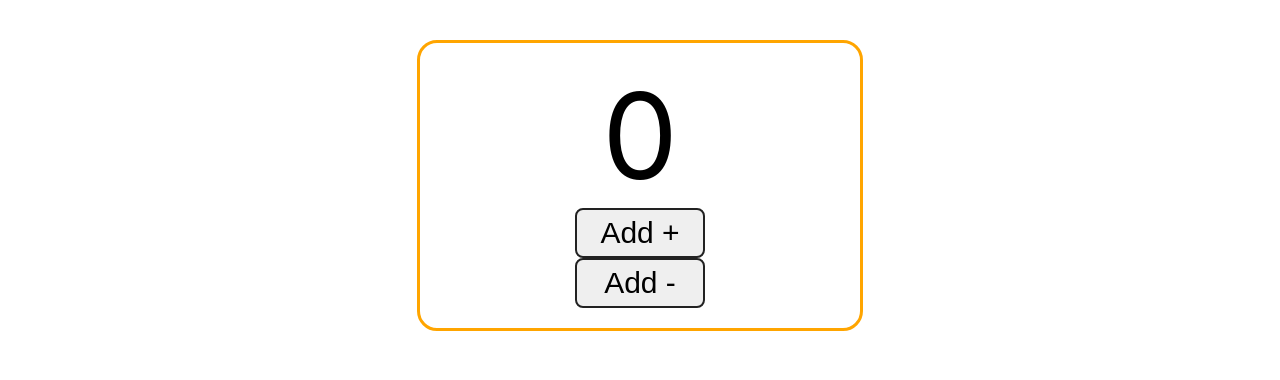
Repository: dnjfht/css-example
Page: /
The author's editor kept a copy of each file at every save. The page is drawn from the files as they stood at one save, then again after a run of saves.
The browser window is 1280 px wide. The pictures show the whole page.
The project was rebuilt for these pictures with package versions that can differ from the ones it lists, and the page was loaded fresh each time.

Above is the page before, as saved 2023-05-09 18:48:58.

After the next 3 saves:
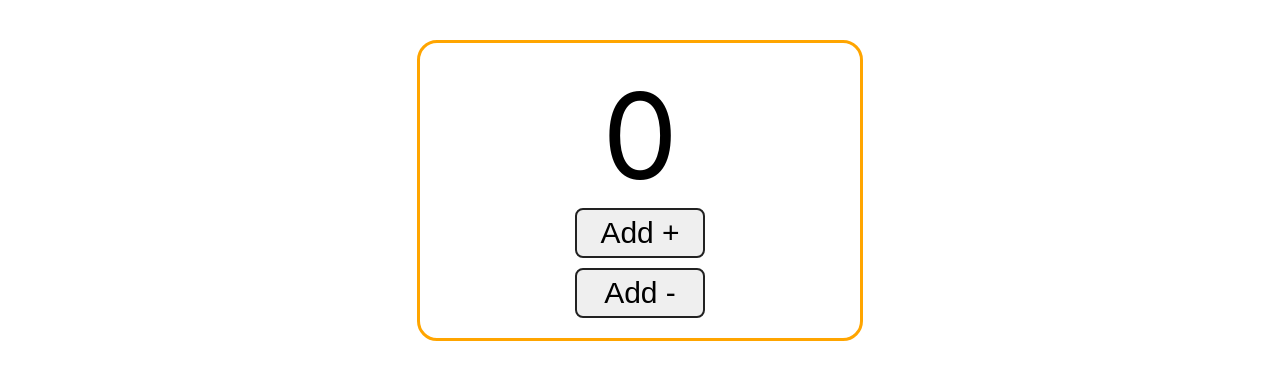
The 3 saves are shown as one change because they came seconds apart.
The last was saved 19 s later.
--- a/src/components/Counter.jsx
+++ b/src/components/Counter.jsx
@@ -40,6 +40,7 @@ export default function Counter({ count, setCount }) {
         style={{
           width: 130,
           padding: "6px 16px",
+          marginTop: 10,
           boxSizing: "border-box",
           border: "2px solid #222",
           borderRadius: 8,
